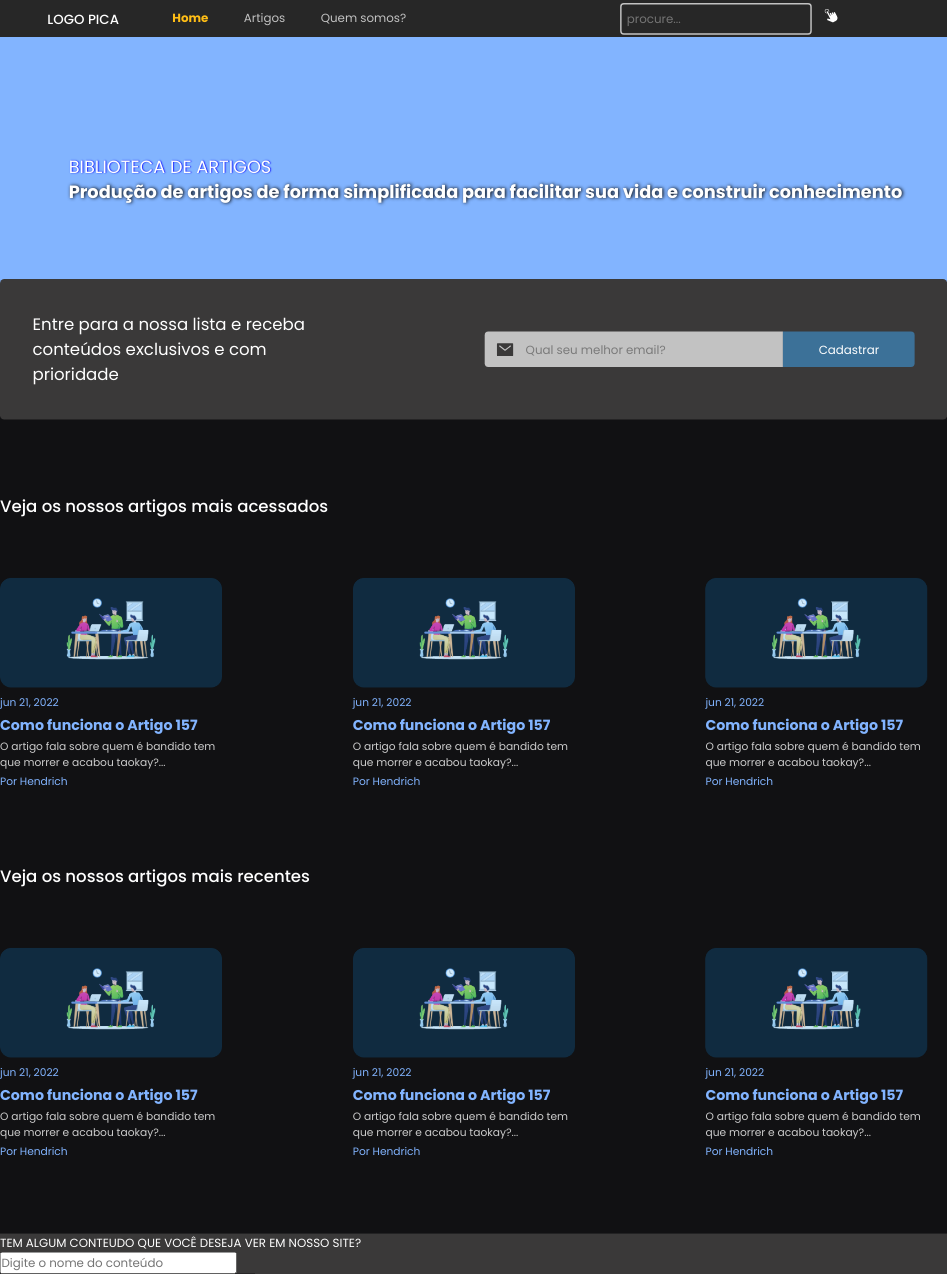
Repository: ArthurHendrich/Inepto
Page: /
The author's editor kept a copy of each file at every save. The page is drawn from the files as they stood at one save, then again after the next save.
The browser window is 1280 px wide. The pictures show the whole page, at 74% of full size.
The project was rebuilt for these pictures with package versions that can differ from the ones it lists, and the page was loaded fresh each time. The framework's server and built-in components were replaced by stand-ins that run in the browser. Also part of the build but not shown: next.config.js.

Above is the page before, as saved 2022-07-06 21:29:47.

After the next save:
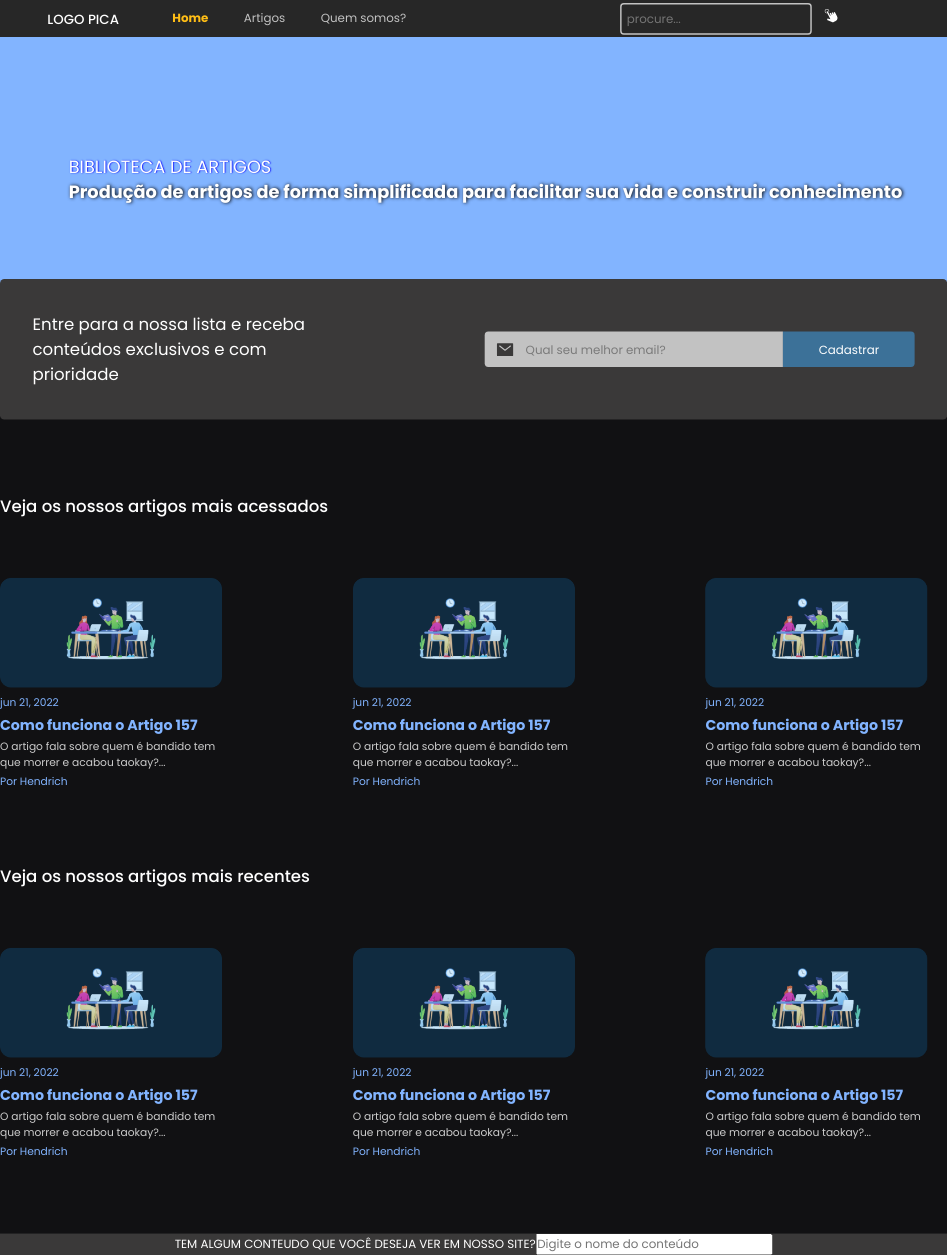
Saved 6 s later.
--- a/src/styles/home.module.scss
+++ b/src/styles/home.module.scss
@@ -224,4 +224,7 @@
 .contentContainer {
   background-color: var(--gray-400);
   margin-top: 20px;
-}
+  display: flex;
+  align-items: center;
+  justify-content: center;
+}
